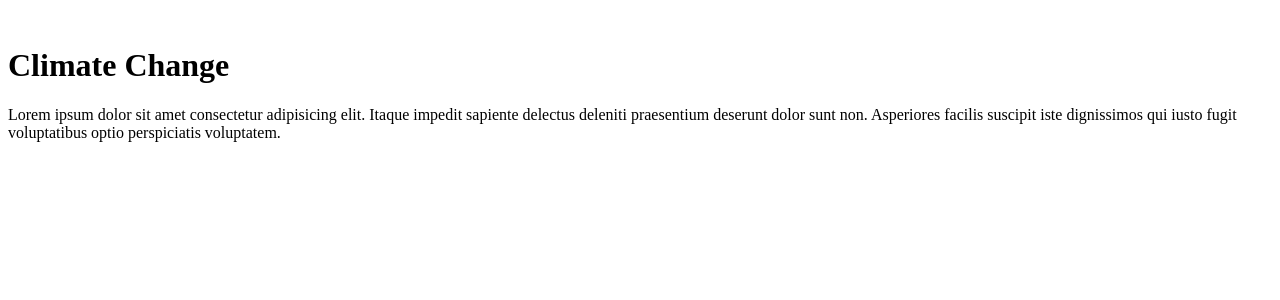
Repository: longNT0dev/C4E132
Page: SS3/index.html
The author's editor kept a copy of each file at every save. The page is drawn from the files as they stood at one save, then again after the next save.
The browser window is 1280 px wide. The pictures show the whole page.

Above is the page before, as saved 2022-09-28 21:35:04.

### SS3/index.html
<!DOCTYPE html>
<html lang="en">
<head>
    <meta charset="UTF-8">
    <meta http-equiv="X-UA-Compatible" content="IE=edge">
    <meta name="viewport" content="width=device-width, initial-scale=1.0">
    <title>Document</title>
    <link rel="stylesheet" href="style.css">


</head>
<body>
    <!-- <p>Đây là style theo tên thẻ 1</p>
    <p class="big-font-size">Đây là style theo tên thẻ 2</p>
    <h1 class="class-1 class-2">Đây là style theo tên thẻ</h1>
    <h1 id="id-1" class="big-font-size">Đây là style theo tên thẻ</h1> -->

   <div class="container">
        <div class="item">
            <img src="" alt="">
            <div class="content">
                <h1>Climate Change</h1>
                <p>Lorem ipsum dolor sit amet consectetur adipisicing elit. Itaque impedit sapiente delectus deleniti praesentium deserunt dolor sunt non. Asperiores facilis suscipit iste dignissimos qui iusto fugit voluptatibus optio perspiciatis voluptatem.</p>
            </div>
        </div>

        <div class="item">
            <img src="" alt="">
            <div class="content">
                <h1></h1>
                <p></p>
            </div>
        </div><div class="item">
            <img src="" alt="">
            <div class="content">
                <h1></h1>
                <p></p>
            </div>
        </div><div class="item">
            <img src="" alt="">
            <div class="content">
                <h1></h1>
                <p></p>
            </div>
        </div>
   </div>
</body>
</html>

### SS3/style.css
/* selector  */

/* Chọn theo tên thẻ */
/* p {
    color: red;
    background-color: black;
} */

/* Chọn theo class */
/* .class-1 {
    color: green;
    background-color: black;
}

.big-font-size {
    font-size: 50px;
}

#id-1 {
    color: blue;
    background-color: black;
} */

After the next save:
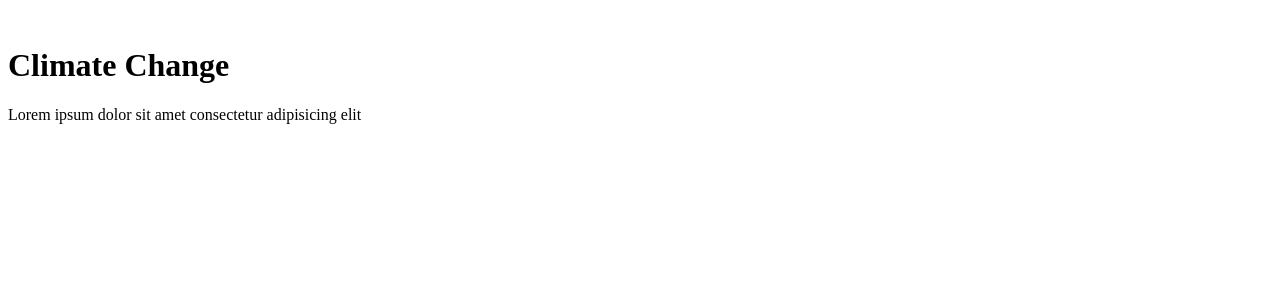
Saved 7 s later.
--- a/SS3/index.html
+++ b/SS3/index.html
@@ -20,7 +20,7 @@
             <img src="" alt="">
             <div class="content">
                 <h1>Climate Change</h1>
-                <p>Lorem ipsum dolor sit amet consectetur adipisicing elit. Itaque impedit sapiente delectus deleniti praesentium deserunt dolor sunt non. Asperiores facilis suscipit iste dignissimos qui iusto fugit voluptatibus optio perspiciatis voluptatem.</p>
+                <p>Lorem ipsum dolor sit amet consectetur adipisicing elit</p>
             </div>
         </div>
 
